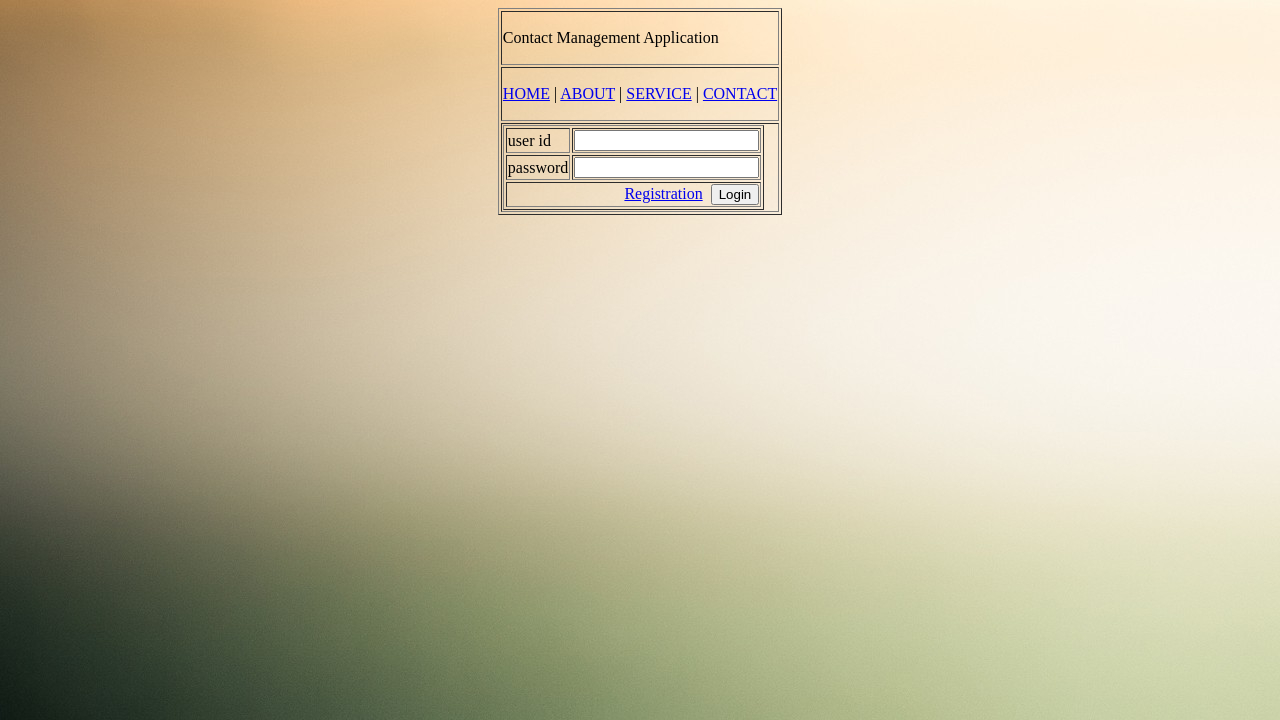
Repository: webutech/Java_Track
Page: http://localhost/MyContactApplication/
An editor plug-in stored every save of this project. The page is shown before and after the next save, followed by the edit.
The browser window is 1280 px wide. The pictures show the whole page.
The page is served by Tomcat 9. Other server files are loaded and not shown.

Above is the page before, as saved 2017-04-12 05:40:17.

### AdvJavaWS/MyContactApplication/WebContent/index.jsp
<%@ page language="java" contentType="text/html; charset=ISO-8859-1"
    pageEncoding="ISO-8859-1"%>
<!DOCTYPE html PUBLIC "-//W3C//DTD HTML 4.01 Transitional//EN" "http://www.w3.org/TR/html4/loose.dtd">
<html>
<head>
<meta http-equiv="Content-Type" content="text/html; charset=ISO-8859-1">
<title>CMS</title>
</head>
<body background="image/bg.jpg">

<table border="1" style="margin: auto;">
<tr>
	<td>
		<jsp:include page="header.jsp"/>
	</td>
</tr>
<tr>
	<td>
		<jsp:include page="navigation.jsp"/>
	</td>
</tr>
<tr>
	<td>
		<jsp:include page="login.jsp"/>
	</td>
</tr>
</table>

</body>
</html>

### AdvJavaWS/MyContactApplication/WebContent/header.jsp
<p>
	Contact Management Application
</p>

### AdvJavaWS/MyContactApplication/WebContent/navigation.jsp
<p>
	<a href="#">HOME</a> |
	<a href="#">ABOUT</a> |
	<a href="#">SERVICE</a> |
	<a href="#">CONTACT</a>

</p>

### AdvJavaWS/MyContactApplication/WebContent/login.jsp
<form action="loginProcess.jsp" method="post">
	<table border="1">
		<tr>
			<td>user id</td>
			<td><input type="text" name="userid"/></td>
		</tr>

		<tr>
			<td>password</td>
			<td><input type="password" name="password"/></td>
		</tr>
		<tr>

			<td colspan="2" style="text-align: right;"><a href="registration.jsp">Registration</a>&nbsp;&nbsp;<input type="submit" value="Login"/></td>
		</tr>

	</table>

</form>

### AdvJavaWS/MyContactApplication/WebContent/footer.jsp
<p>
	&copy; 2017 - YASH
</p>

After the next save:
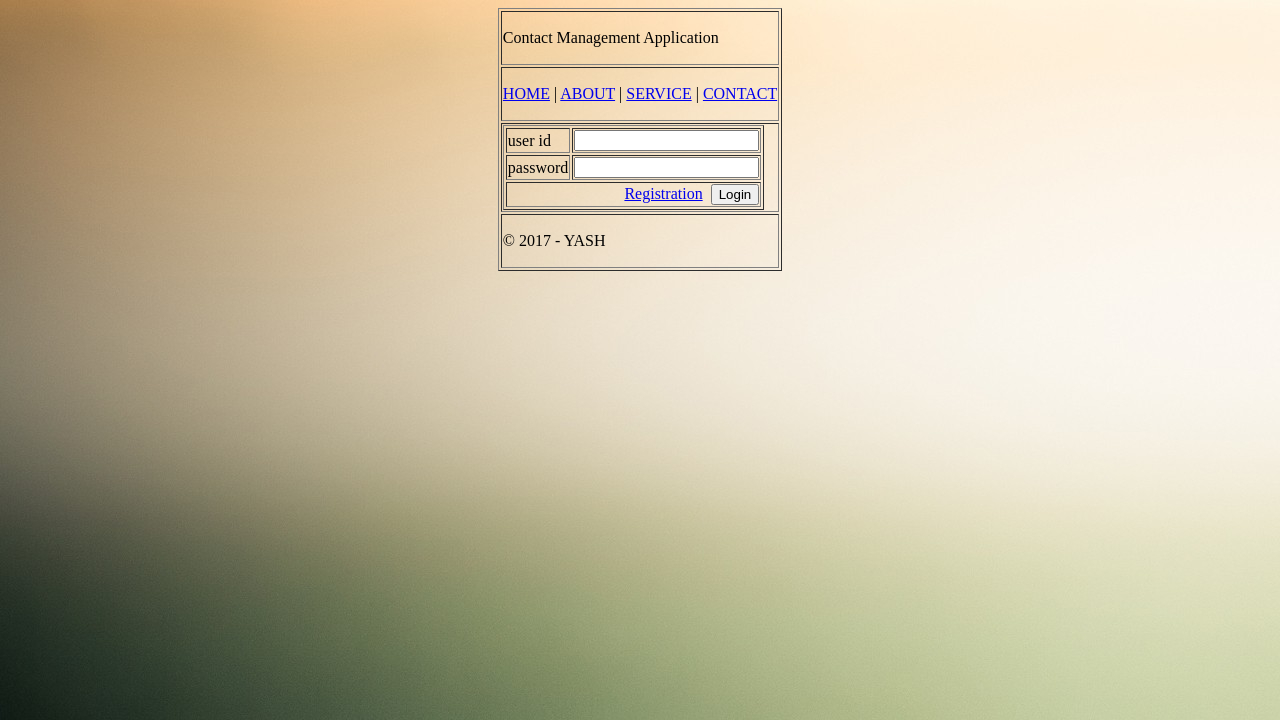
Saved 24 s later.
--- a/AdvJavaWS/MyContactApplication/WebContent/index.jsp
+++ b/AdvJavaWS/MyContactApplication/WebContent/index.jsp
@@ -24,6 +24,11 @@
 		<jsp:include page="login.jsp"/>
 	</td>
 </tr>
+<tr>
+	<td>
+		<jsp:include page="footer.jsp"/>
+	</td>
+</tr>
 </table>
 
 </body>
